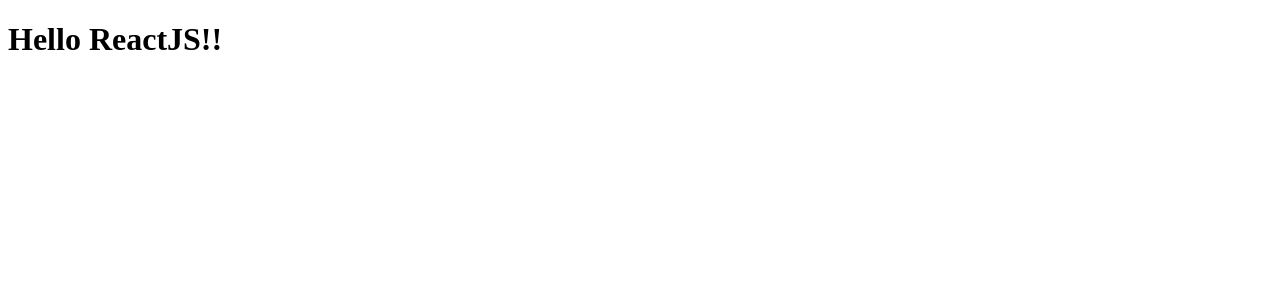
Repository: niltonmalves/01-githug-explorer
Page: /
These files come from the project's save history. The page is drawn as it stood at one moment and after the next save; the edit follows.
The browser window is 1280 px wide. The pictures show the whole page.
The project was rebuilt for these pictures with package versions that can differ from the ones it lists, and the page was loaded fresh each time. Also part of the build but not shown: webpack.config.js.

Above is the page before, as saved 2022-01-06 14:17:17.

### public/index.html
<!DOCTYPE html>
<html lang="en">
<head>
    <meta charset="UTF-8">
    <meta http-equiv="X-UA-Compatible" content="IE=edge">
    <meta name="viewport" content="width=device-width, initial-scale=1.0">
    <title>Github Explore</title>
</head>
<body>
    <div id="root"></div>

</body>
</html>

### src/index.jsx
import {render} from 'react-dom';
import { App } from './App';

render(<App/>, document.getElementById('root'))

### src/App.jsx
export function App(){
    return <h1>Hello ReactJS!!</h1>
}

### src/styles/global.css
* {
    margin: 0;
    padding: 0;
    box-sizing: border-box;
}

body {
    font: Arial, Helvetica, sans-serif;
}

After the next save:
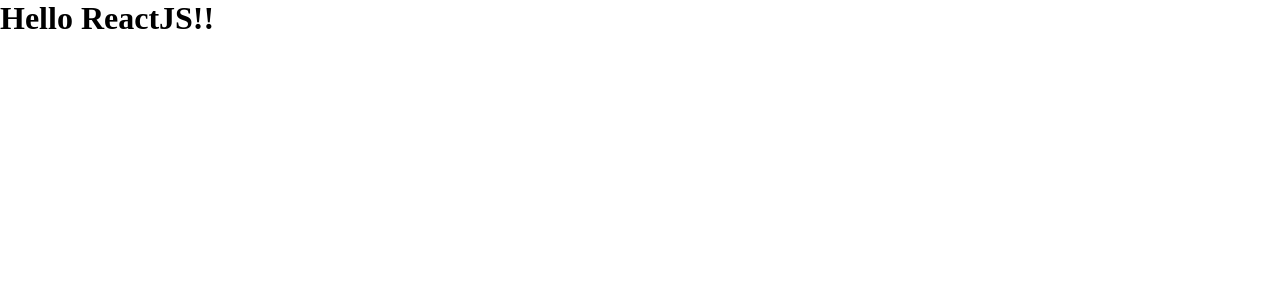
Saved 30 s later.
--- a/src/App.jsx
+++ b/src/App.jsx
@@ -1,3 +1,5 @@
+import './styles/global.css';
+
 export function App(){
     return <h1>Hello ReactJS!!</h1>
 }
